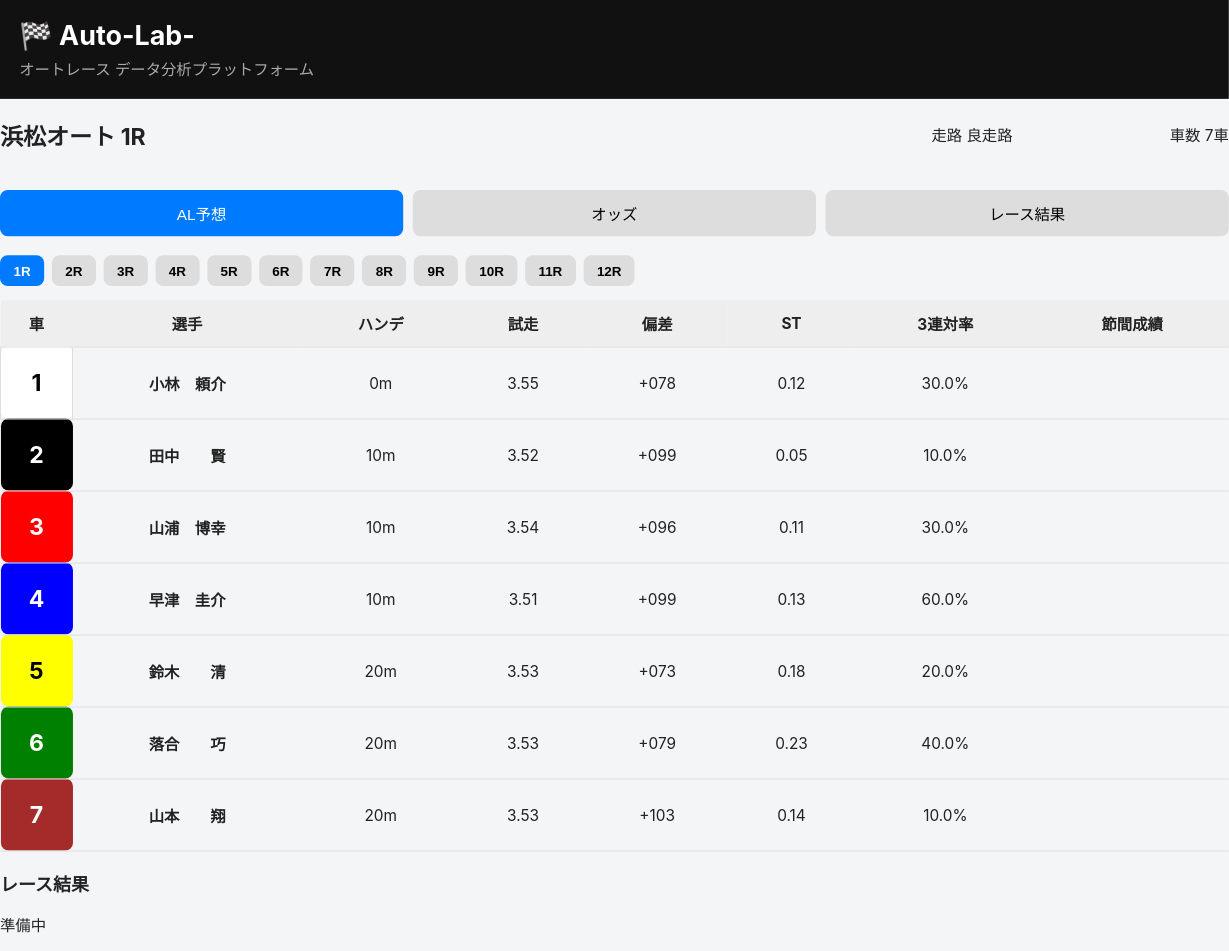
Repository: autorace-lab/Auto-Lab--main
Page: race.html
An editor plug-in stored every save of this project. The page is shown before and after the next save, followed by the edit.
The browser window is 1280 px wide. The pictures show the whole page, at 96% of full size.

Above is the page before, as saved 2026-08-05 16:19:28.

### race.html
<!DOCTYPE html>
<html lang="ja">

<head>
<meta charset="UTF-8">
<meta name="viewport" content="width=device-width, initial-scale=1.0">

<title>Auto-Lab- | オートレースデータ分析</title>

<link rel="stylesheet" href="style.css">

</head>


<div id="playerModal" class="modal">

<div class="modal-content">

<span class="close" onclick="closePlayer()">×</span>

<h2 id="playerName"></h2>

<p><strong>ランク</strong>　<span id="playerRank"></span></p>

<p><strong>試走平均</strong>　<span id="playerTime"></span></p>

<p><strong>平均ST</strong>　<span id="playerST"></span></p>

<p><strong>試走偏差</strong>　<span id="playerDiff"></span></p>

<p><strong>3連対率</strong>　<span id="playerTripleRate"></span></p>

<p><strong>節間成績</strong></p>

<p id="playerResults"></p>

<p><strong>直近10走</strong></p>

<p id="playerRecent"></p>

<p><strong>車番</strong>　<span id="playerCar"></span>号車</p>

<p><strong>ハンデ</strong>　<span id="playerHandicap"></span></p>

<p><strong>評価</strong>　<span id="playerEvaluation"></span></p>

</div>

</div>


<body>


<header>


<div class="logo">
<a href="index.html">
🏁 Auto-Lab-
</a>
</div>


<div class="subtitle">
オートレース データ分析プラットフォーム
</div>


</header>

<div class="race-info">

<div class="race-header">

<h2 id="raceTitle"></h2>

<p id="raceTitleType"></p>

<p id="raceDay"></p>

<p id="deadline"></p>

<p id="weather"></p>

<p id="track"></p>

<p id="cars"></p>

</div>

<div class="tabs">
  <button class="tab-btn active" onclick="changeTab('al')">AL予想</button>
  <button class="tab-btn" onclick="changeTab('odds')">オッズ</button>
  <button class="tab-btn" onclick="changeTab('result')">レース結果</button>
</div>

<div class="race-tabs">
  <button class="race-tab-btn active" onclick="changeRace(1)">1R</button>
  <button class="race-tab-btn" onclick="changeRace(2)">2R</button>
  <button class="race-tab-btn" onclick="changeRace(3)">3R</button>
  <button class="race-tab-btn" onclick="changeRace(4)">4R</button>
  <button class="race-tab-btn" onclick="changeRace(5)">5R</button>
  <button class="race-tab-btn" onclick="changeRace(6)">6R</button>
  <button class="race-tab-btn" onclick="changeRace(7)">7R</button>
  <button class="race-tab-btn" onclick="changeRace(8)">8R</button>
  <button class="race-tab-btn" onclick="changeRace(9)">9R</button>
  <button class="race-tab-btn" onclick="changeRace(10)">10R</button>
  <button class="race-tab-btn" onclick="changeRace(11)">11R</button>
  <button class="race-tab-btn" onclick="changeRace(12)">12R</button>
  <div class="race-tabs"></div>
</div>

<div id="race" class="tab-content">
  <table>
    <thead>
      <tr>
        <th>車</th>
        <th>選手</th>
        <th>ハンデ</th>
        <th>試走</th>
        <th>偏差</th>
        <th>ST</th>
        <th>3連対率</th>
        <th>節間成績</th>
    </thead>
    <tbody id="raceTable"></tbody>
  </table>
</div>
<div id="result" class="tab-content">
  <h3>レース結果</h3>
  <p>準備中</p>
</div>

<div id="odds" class="tab-content" style="display:none;">
  <h3>オッズ</h3>
  <p>ここにオッズを表示します。</p>
</div>

<div id="al" class="tab-content" style="display:none;">

   <div class="al-tabs">

<button class="al-tab-btn" onclick="toggleAbout(this)">
    AL予想とは？
</button>

</div>



    <!-- AL予想とは -->
    <div id="about" class="al-page" style="display:none;">



<h2>🏁 Auto-Lab予想（AL予想）</h2>

<p>
<strong>
試走タイムを単純評価するのではなく、選手ごとの試走特性を補正した
「予想競走タイム」と、レース条件による「展開ポイント」を組み合わせ、
そのレースにおける選手の期待値を可視化する予想システムです。
</strong>
</p>

<p>
オートレースでは、同じ試走タイムでも選手によって意味が変わります。
試走タイムを出しやすい選手、出にくい選手の特徴を
<strong>試走偏差</strong>によって補正し、
選手本来の状態を評価します。
</p>




<p>
選手自身の能力・現在の状態を重視するAI評価です。
</p>

<p>
<strong>
予想競走タイム 70％ ＋ 展開ポイント 30％
</strong>
</p>

<ul>
<li>試走タイム＋試走偏差による予想競走タイム</li>
<li>平均ST</li>
<li>ハンデ位置補正</li>
<li>走路コンディション</li>
</ul>


<h3>🌊 展開重視AL</h3>

<p>
ハンデ位置や走路条件など、レース展開の有利不利を重視するAI評価です。
</p>

<p>
<strong>
予想競走タイム 30％ ＋ 展開ポイント 70％
</strong>
</p>

<ul>
<li>試走タイム＋試走偏差による予想競走タイム</li>
<li>平均ST</li>
<li>ハンデ位置補正</li>
<li>走路コンディション（良走路・湿走路・走路温度など）</li>
</ul>


<h3>🏆 AL期待値</h3>

<p>
能力重視ALと展開重視ALの両方から、
そのレースで最も期待できる選手を分析します。
</p>

<p>
<strong>
能力 × 展開 ＝ Auto-Lab期待値
</strong>
</p>


</div>

<div class="al-sub-tabs">

<button class="al-tab-btn" onclick="changeALTab('ability', this)">
    能力重視AL
</button>

<button class="al-tab-btn" onclick="changeALTab('development', this)">
    展開重視AL
</button>

<button class="al-tab-btn" onclick="changeALTab('expectationArea', this)">
AL期待値
</button>

</div>


<section class="al-description">

  <div id="ability" class="al-page" style="display:none;">

<div class="al-header">



    <button class="rank-btn" id="rankBtn" onclick="toggleAbilityRank()">
    ALランキング
</button>

    </div>

<table>
<thead>
<tr>
<th>枠</th>
<th>名前</th>
<th>試走</th>
<th>偏差</th>
<th>予想競走タイム</th>
<th>3連対率</th>
<th class="handicap-header" onclick="toggleHandicap()">
    ハンデ ▼
</th>
<th class="st-header" onclick="toggleST()">
    平均ST ▼
</th>
<th class="temp-header" onclick="toggleTemperature()">
    走路/温度 ▼
</th>
<th>スコア</th>
</tr>
</thead>

<tbody id="abilityTable">
</tbody>

</table>

</div>

<div id="development" class="al-page" style="display:none;">
<div class="al-header">


   <button class="rank-btn" id="developmentRankBtn" onclick="toggleDevelopmentRank()">
    ALランキング
</button>

    </div>


<table>
<thead>
<tr>
<th>枠</th>
<th>名前</th>
<th>試走</th>
<th>偏差</th>
<th>予想競走タイム</th>
<th>3連対率</th>
<th class="handicap-header" onclick="toggleHandicap()">
    ハンデ ▼
</th>
</th>
<th class="st-header" onclick="toggleST()">
    平均ST ▼
</th>
<th class="temp-header" onclick="toggleTemperature()">
    走路/温度 ▼
</th>
<th>スコア</th>
</tr>
</thead>

<tbody id="developmentTable">
</tbody>

</table>

</div>

<div id="expectationArea" class="al-page" style="display:none;">

<div class="al-header">

<button class="rank-btn" id="expectationRankBtn" onclick="toggleExpectationRank()">
ALランキング
</button>

</div>
<table>

<thead>
<tr>
<th>枠</th>
<th>名前</th>
<th>能力スコア</th>
<th>展開スコア</th>
<th>AL期待値</th>
</tr>
</thead>

<tbody id="expectationTable">

</tbody>

</table>

</div>

<script src="script.js"></script>

</body>

</html>

### style.css
body {
    margin:0;
    font-family:
    -apple-system,
    BlinkMacSystemFont,
    "Helvetica Neue",
    Arial,
    sans-serif;
    background:#f4f5f7;
    color:#222;
}


/* ヘッダー */

header {
    background:#111;
    color:white;
    padding:20px;
}

.logo {
    font-size:28px;
    font-weight:bold;
}

.subtitle {
    color:#aaa;
    margin-top:5px;
}


/* 全体 */

.container {
    max-width:900px;
    margin:auto;
    padding:15px;
}


/* カード */

.card {
    background:white;
    border-radius:14px;
    padding:20px;
    margin-bottom:15px;
    box-shadow:0 3px 10px rgba(0,0,0,0.08);
}


/* レース情報 */

.race-header {
    display:flex;
    justify-content:space-between;
    align-items:center;
}

.badge {
    background:#e60012;
    color:white;
    padding:6px 12px;
    border-radius:20px;
}



/* 表 */

table {
    width:100%;
    border-collapse:collapse;
}


th {
    background:#eee;
}


th,td {
    padding:12px;
    text-align:center;
    border-bottom:1px solid #ddd;
}


/* 車番 */

.car {
    font-size:22px;
    font-weight:bold;
}


/* 評価 */

.rating {
    display:flex;
    gap:10px;
}


.rating div {
    flex:1;
    background:#f5f5f5;
    padding:15px;
    text-align:center;
    border-radius:10px;
}


.star {
    color:#ff9800;
    font-size:22px;
}


/* データ */

.data {
    display:grid;
    grid-template-columns:repeat(3,1fr);
    gap:10px;
}


.data div {
    background:#f5f5f5;
    padding:15px;
    text-align:center;
    border-radius:10px;
}


.number {
    font-size:24px;
    font-weight:bold;
}

  .car {
    width:50px;
    height:50px;
    border-radius:8px;
    color:white;
    font-size:24px;
    font-weight:bold;
}


.car1 {
    background:white;
    color:black;
    border:1px solid #ddd;
}

.car2 {
    background:black;
}

.car3 {
    background:red;
}

.car4 {
    background:blue;
}

.car5 {
    background:yellow;
    color:black;
}

.car6 {
    background:green;
}

.car7 {
    background:brown;
}

.car8 {
    background:purple;
}

/* 試走偏差 */

.plus{
    color:#16a34a;
    font-weight:bold;
    background:#dcfce7;
    padding:4px 8px;
    border-radius:20px;
}

.normal{
    color:#ca8a04;
    font-weight:bold;
    background:#fef9c3;
    padding:4px 8px;
    border-radius:20px;
}

.minus{
    color:#dc2626;
    font-weight:bold;
    background:#fee2e2;
    padding:4px 8px;
    border-radius:20px;
}

/* モーダル */

.modal{

display:none;

position:fixed;

left:0;
top:0;

width:100%;
height:100%;

background:rgba(0,0,0,.6);

}

.modal-content{

background:white;

width:420px;

margin:80px auto;

padding:25px;

border-radius:12px;

position:relative;

}


.close{

position:absolute;

right:15px;

top:10px;

font-size:30px;

cursor:pointer;

}

.tabs {
    display: flex;
    gap: 10px;
    margin: 20px 0;
}

.tab-btn {
    flex: 1;
    padding: 12px;
    border: none;
    background: #ddd;
    cursor: pointer;
    font-size: 16px;
    border-radius: 8px;
    transition: 0.3s;
}

.tab-btn:hover {
    background: #bbb;
}

.tab-btn.active {
    background: #007bff;
    color: white;
}

.tab-content {
    margin-top: 15px;
}

.race-card {
    background: white;
    border-radius: 12px;
    padding: 20px;
    margin: 20px 0;
    box-shadow: 0 4px 12px rgba(0,0,0,0.1);
}

.race-card h3 {
    margin-top: 0;
    font-size: 24px;
}

.race-card button {
    width: 100%;
    padding: 12px;
    border: none;
    border-radius: 8px;
    background: #0066ff;
    color: white;
    font-size: 16px;
    cursor: pointer;
}
.race-card h3 span {
    float: right;
    font-size: 14px;
    font-weight: normal;
}

.race-list {
    display: grid;
    grid-template-columns: 1fr 1fr;
    gap: 15px;
}

.logo a {
    text-decoration: none;
    color: inherit;
}

.best-score {
    color:red !important;
    font-weight:bold;
}

.second-score {
    color:orange !important;
    font-weight:bold;
}

.al-header {
    display: flex;
    justify-content: flex-end;
    align-items: center;
    margin-bottom: 15px;
}

.rank-btn{
    padding:6px 12px;
    border:none;
    border-radius:8px;
    background:#007bff;
    color:white;
    cursor:pointer;
    font-size:13px;
}

.rank-btn:hover{
    opacity:.9;
}

/* AL予想とは？タブ */
.al-tabs {
    margin-bottom: 15px;
}


/* 能力・展開タブ */
.al-sub-tabs {
    display: flex;
    gap: 10px;
    margin: 5px 0;
}


/* ALタブ共通 */
.al-tab-btn {
    padding: 12px 30px;
    margin: 5px;
    border: 1px solid #ccc;
    border-radius: 12px;
    background: #f7f9fc;
    color: #333;
    font-size: 16px;
    font-weight: bold;
    cursor: pointer;
    transition: 0.2s;
}


/* マウスを乗せた時 */
.al-tab-btn:hover {
    background: #e3f2fd;
}


/* 選択中 */
.al-tab-btn.active {
    background: #1976d2;
    color: white;
    border-color: #1976d2;
}

.al-page {
    margin-top: 5px;
}

.buff-plus {
    color: red !important;
}

.buff-minus {
    color: blue !important;
}

.race-tab-btn {
    padding:8px 14px;
    border:none;
    border-radius:8px;
    background:#ddd;
    cursor:pointer;
    font-weight:bold;
}


.race-tab-btn.active {
    background:#007bff;
    color:white;
}

.race-tabs {
    display:flex;
    gap:8px;
    margin:15px 0;
    flex-wrap:wrap;
}


.race-tab-btn {
    padding:8px 14px;
    border:none;
    border-radius:8px;
    background:#ddd;
    cursor:pointer;
    font-size:14px;
    font-weight:bold;
}


.race-tab-btn.active {
    background:#007bff;
    color:white;
}

Loaded but not shown: script.js (1789 lines, source omitted); hamamatsu1_new.html (3905 lines, source omitted)

After the next save:
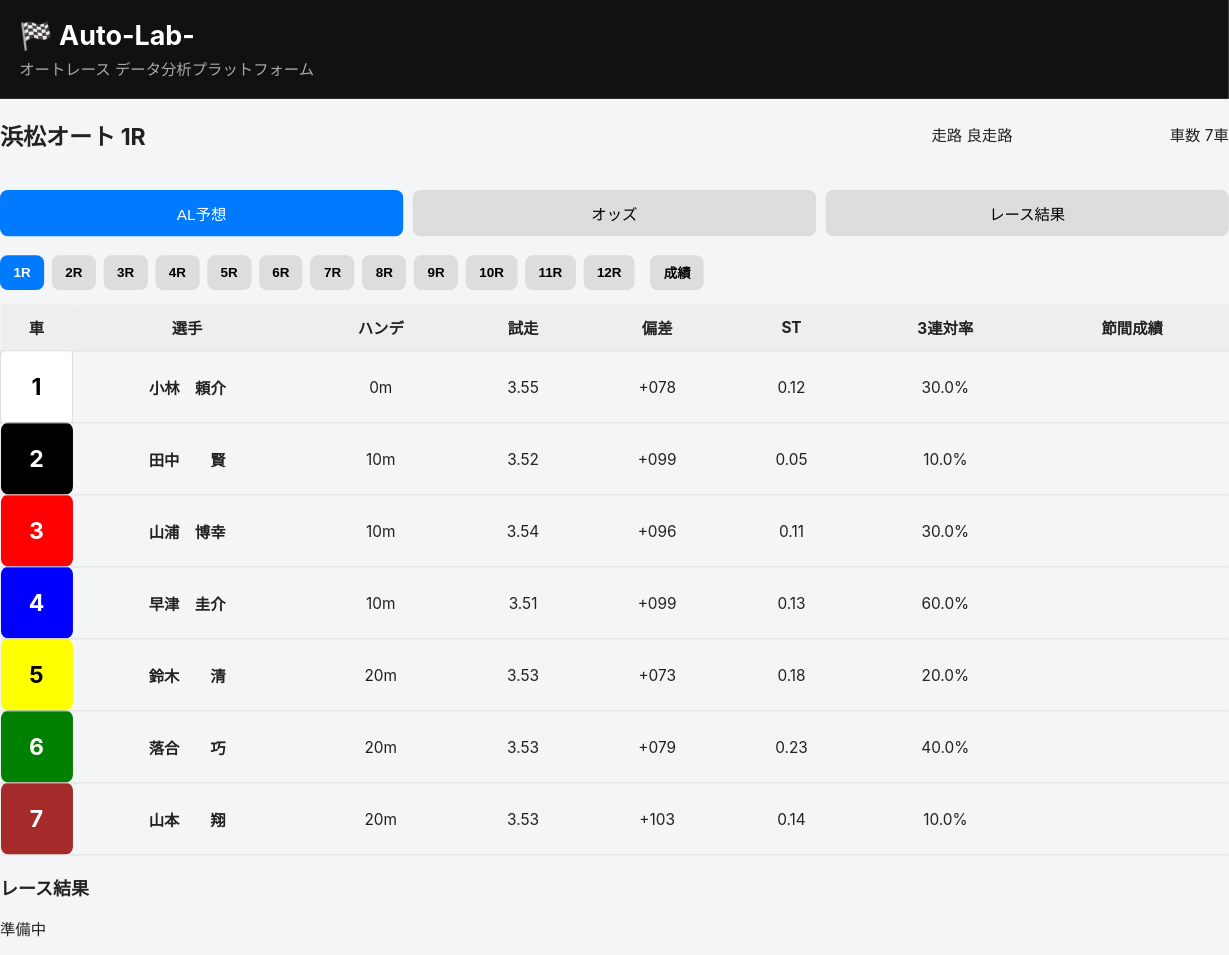
Saved 28 s later.
--- a/race.html
+++ b/race.html
@@ -107,8 +107,8 @@
   <button class="race-tab-btn" onclick="changeRace(9)">9R</button>
   <button class="race-tab-btn" onclick="changeRace(10)">10R</button>
   <button class="race-tab-btn" onclick="changeRace(11)">11R</button>
-  <button class="race-tab-btn" onclick="changeRace(12)">12R</button>
-  <div class="race-tabs"></div>
+  <button class="race-tab-btn" onclick="changeRace(12)">12R</button><div class="race-tabs"></div>
+  <button class="race-tab-btn" onclick="changeTab('recent')">成績</button>
 </div>
 
 <div id="race" class="tab-content">
